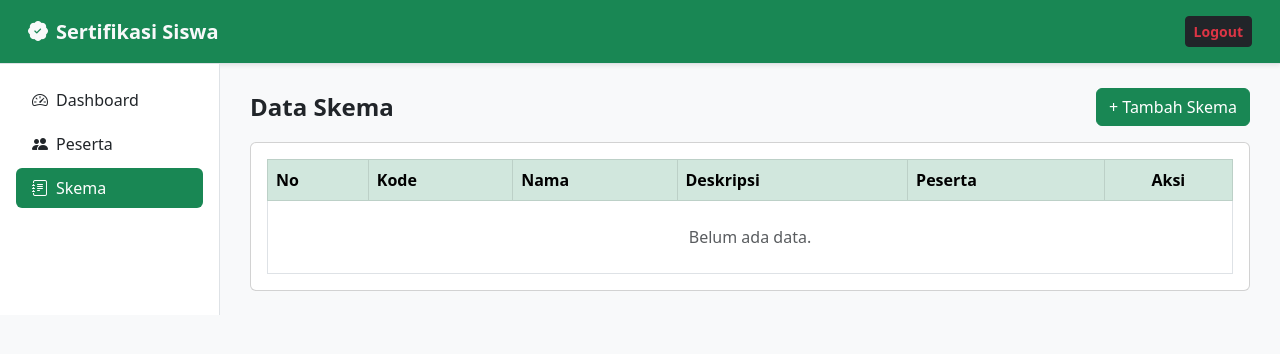
Repository: Zaki-Blip/USK_Project
Page: http://localhost/skema
These files come from the project's save history. The page is drawn as it stood at one moment and after the next save; the edit follows.
The browser window is 1280 px wide. The pictures show the whole page.
The page is served by the project's Laravel application, run on PHP 8.4 with Laravel 12. A made-up administrator, Test User (test@example.com), is signed in. Queries for data that is not in the repository find no rows.

Above is the page before, as saved 2026-10-12 22:17:27.

After the next save:
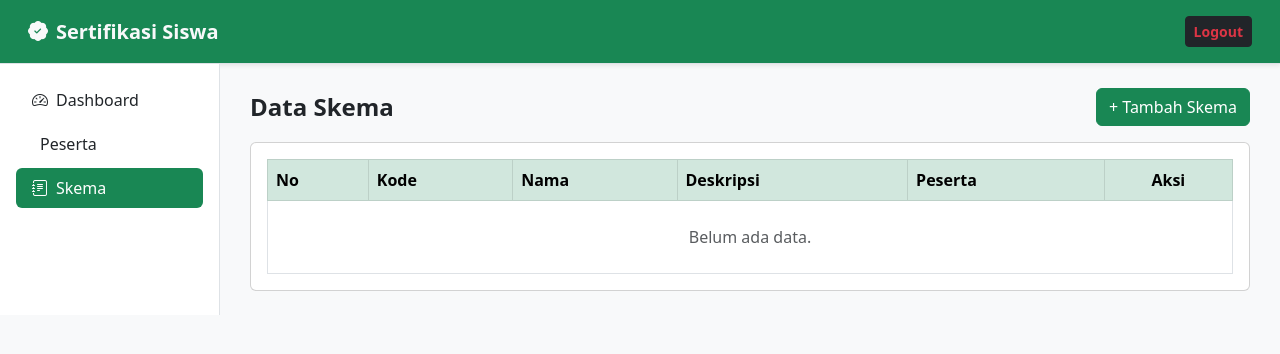
Saved 86 s later.
--- a/resources/views/layouts/app.blade.php
+++ b/resources/views/layouts/app.blade.php
@@ -35,7 +35,7 @@
                 @if(auth()->user()->isAdmin())
                     <a href="{{ route('peserta.index') }}"
                        class="nav-link {{ request()->routeIs('peserta.*') ? 'active bg-success' : 'text-dark' }}">
-                        <i class="bi bi-people-fill me-2"></i>Peserta
+                        <i class="bi bi -people-fill me-2"></i>Peserta
                     </a>
                     <a href="{{ route('skema.index') }}"
                        class="nav-link {{ request()->routeIs('skema.*') ? 'active bg-success' : 'text-dark' }}">
